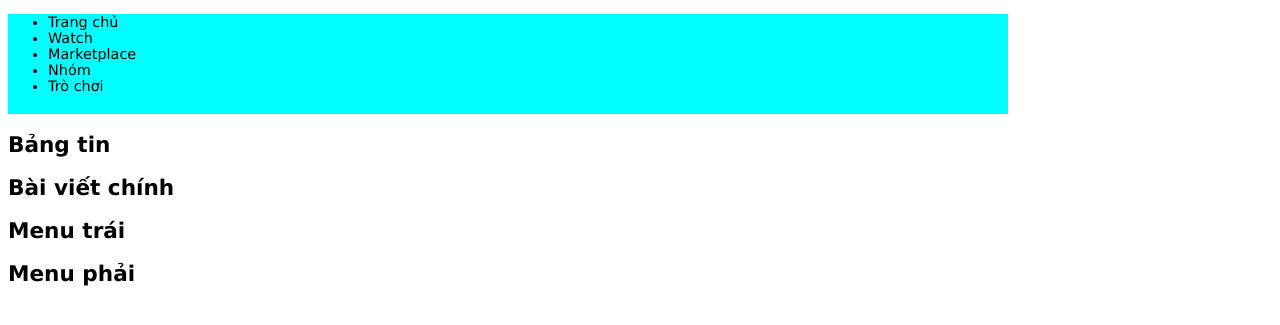
Repository: congle98/CSS_LayoutFacebookCoBan
Page: index.html
The author's editor kept a copy of each file at every save. The page is drawn from the files as they stood at one save, then again after a run of saves.
The browser window is 1280 px wide. The pictures show the whole page.

Above is the page before, as saved 2021-05-26 15:24:28.

After the next 4 saves:
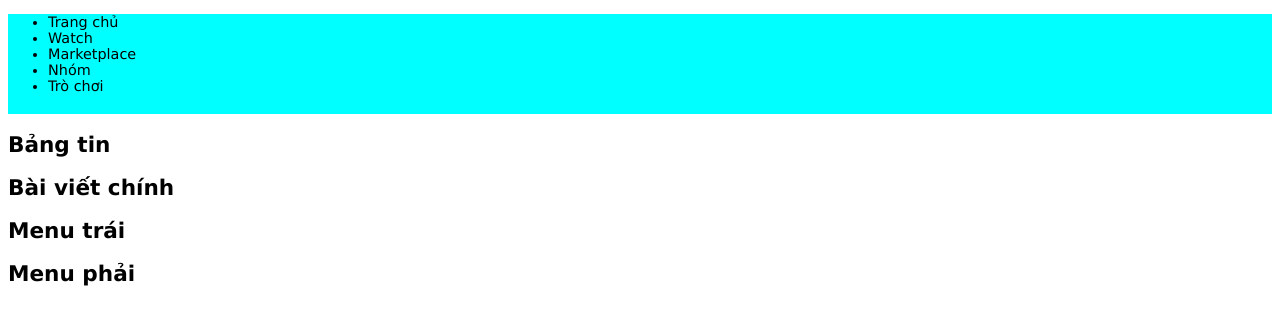
The 4 saves are shown as one change because they came seconds apart.
The last was saved 10 s later.
--- a/index.html
+++ b/index.html
@@ -9,7 +9,6 @@
         body {
             font-family: Verdana,sans-serif;
             font-size: 0.9em;
-            width: 1000px;
         }
         header{
             background-color: cyan;
